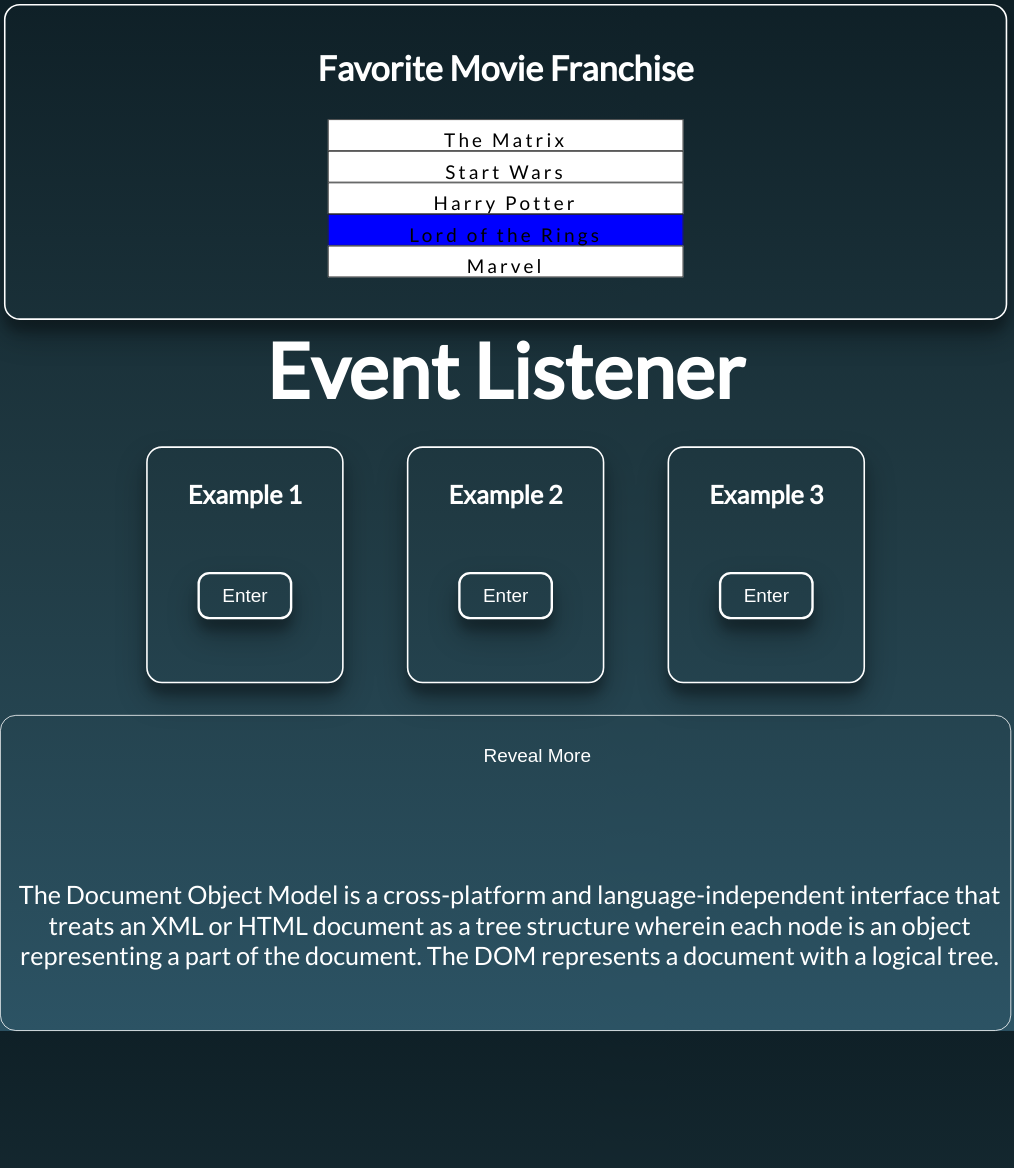
Repository: Ellisvelandia/DOM-Manipulation
Page: index.html
An editor plug-in stored every save of this project. The page is shown before and after the next save, followed by the edit.
The browser window is 1280 px wide. The page is 1284 px wide, so the pictures cover 1284 px, including what lies to the right of the window. The pictures show the whole page, at 79% of full size.
After loading, the first visible `button.reveal-btn` was clicked once.

Above is the page before, as saved 2022-08-22 19:54:44.

### index.html
<!DOCTYPE html>
<html lang="en">
  <head>
    <meta charset="UTF-8" />
    <meta http-equiv="X-UA-Compatible" content="IE=edge" />
    <meta name="viewport" content="width=device-width, initial-scale=1.0" />
    <link rel="stylesheet" href="style.css" />
    <title>Master DOM Manipulation</title>
  </head>
  <body>
    <div>
      <div class="container">
        <h1 id="main-heading">Favorite Movie Franchise</h1>
        <ul>
          <li class="list-items">The Matrix</li>
          <li class="list-items">Start Wars</li>
          <li class="list-items">Harry Potter</li>
          <li class="list-items">Lord of the Rings</li>
          <li class="list-items">Marvel</li>
        </ul>
      </div>
      <h2 id="main-heading_event">Event Listener</h2>
      <div class="container_event_listener">
        <div class="boxes box-1">
          <h1 id="heading">Example 1</h1>
          <button onclick="alert('I love Javascript')">Enter</button>
        </div>
        <div class="boxes box-2">
          <h1 id="heading">Example 2</h1>
          <button class="btn-2">Enter</button>
        </div>
        <div class="boxes box-3">
          <h1 id="heading">Example 3</h1>
          <button class="btn-3">Enter</button>
        </div>
      </div>

      <div class="Event">
        <button class="reveal-btn boxes">Reveal More</button>
        <div class="hidden-content boxes_text">
          The Document Object Model is a cross-platform and language-independent
          interface that treats an XML or HTML document as a tree structure
          wherein each node is an object representing a part of the document. The
          DOM represents a document with a logical tree.
        </div>
      </div>

    </div>
    <script src="app.js"></script>
  </body>
</html>

### style.css
@import url("https://fonts.googleapis.com/css2?family=Lato&display=swap");

* {
  list-style: none;
  padding: 0;
  margin: 0;
  box-sizing: border-box;
  max-width: 100%;
}

body {
  background: linear-gradient(#0f2027, #203a43, #2c5364);
  height: 100%;
  font-family: "Lato", sans-serif;
  display: flex;
  justify-content: center;
  align-items: center;
}

.container {
  display: flex;
  align-items: center;
  flex-direction: column;
  justify-content: center;
  background: transparent;
  padding: 5px;
  border-radius: 20px;
  height: 400px;
  border: 2px solid #fff;
  box-shadow: rgba(0, 0, 0, 0.3) 0px 19px 38px,
    rgba(0, 0, 0, 0.22) 0px 15px 12px;
  margin: 5px;
}

#main-heading {
  font-size: 2.7rem;
  font-weight: 900;
  color: #fff;
  padding-bottom: 40px;
}

.list-items {
  text-align: center;
  color: #000;
  font-size: 1.5rem;
  font-weight: 300;
  background-color: #fff;
  padding-top: 10px;
  width: 450px;
  height: 40px;
  border: rgb(39, 39, 39) solid 1px;
  letter-spacing: 4px;
}

ul {
  list-style: none;
}

.container_event_listener {
  display: flex;
  align-items: center;
  justify-content: center;
}

.boxes {
  max-width: 100%;
  margin: 5px;
  border: 1px solid transparent;
  border-radius: 20px;
  height: 300px;
  margin: 40px;
  width: 250px;
  border: 2px solid #fff;
  box-shadow: rgba(0, 0, 0, 0.3) 0px 19px 38px,
    rgba(0, 0, 0, 0.22) 0px 15px 12px;
}

#heading {
  position: relative;
  top: 20%;
  left: 50%;
  transform: translate(-50%, -50%);
  color: #fff;
  text-align: center;
}

#main-heading_event {
  text-align: center;
  font-weight: bold;
  font-size: 6rem;
  color: #fff;
}

button {
  position: relative;
  top: 50%;
  left: 50%;
  transform: translate(-50%, -50%);
  box-shadow: rgba(0, 0, 0, 0.3) 0px 19px 38px,
    rgba(0, 0, 0, 0.22) 0px 15px 12px;
  width: 120px;
  height: 60px;
  border: 3px solid #fff;
  border-radius: 15px;
  color: #fff;
  font-size: 1.5rem;
  background-color: transparent;
  cursor: pointer;
}
.Event {
  display: grid;
  place-content: center;
  height: 400px;
  border-radius: 20px;
  border: solid 1px #fff;
  text-align: center;
}

.hidden-content {
  display: none;
  font-size: xx-large;
  padding-bottom: 250px;
}

.hidden-content.reveal-btn {
  display: block;
}

.boxes_text {
  margin: 5px;
  border: 1px solid transparent;
  min-width: 100%;
  color: #fff;
  box-shadow: rgba(0, 0, 0, 0.3) 0px 19px 38px,
    rgba(0, 0, 0, 0.22) 0px 15px 12px;
}

.reveal-btn {
  border: none;
  box-shadow: none;
  text-align: center;

}

### app.js
// // // const title = document.querySelector("#main-heading");

// // // title.style.color = "red";

// // // console.log(title);

// // // const listItems = document.querySelectorAll(".list-items");

// // // for (i = 0; i < listItems.length; i++) {
// // //   listItems[i].style.fontSize = "2rem";
// // // }

// // // console.log(listItems);

// // // Creating Element

// // const ul = document.querySelector("ul");
// // const li = document.querySelector("li");

// // // Adding Elements

// // ul.append(li)

// // // Modifying the text

// // // const firstListItem = document.querySelector('.list-items');

// // // console.log (firstListItem.innerText);
// // // console.log (firstListItem.textContent);
// // // console.log (firstListItem.innerHTML);

// // li.innerText = 'x-men';

// // // Modifying Attributes & classes

// // li.classList.remove('list-items')

// // console.log(li.classList.contains('list-items'));

// // // Remove Elements

// // li.remove();

// // traverse the DOM

// // Parent Node Traversal

// let ul = document.querySelector("ul");

// // console.log(ul.parentNode.parentNode);
// // console.log(ul.parentElement.parentElement);

// const html = document.documentElement;

// console.log(html.parentNode);
// console.log(html.parentElement)

// Child Node Traversal

let ul = document.querySelector("ul");

// console.log(ul.childNodes);
// console.log(ul.firstChild);
// console.log(ul.lastChild);

ul.childNodes[7].style.backgroundColor = "blue";

// console.log (ul.children);
// console.log(ul.firstElementChild);
// console.log(ul.lastElementChild);

// Sibling  Traversal

// let ul = document.querySelector("ul");
// const div = document.querySelector("div");

// console.log(div.childNodes)

// console.log(ul.previousElementSibling);
// console.log(ul.nextElementSibling);

// Event Listener

// element.addEventListener("click", function)

const buttonTwo = document.querySelector(".btn-2");

function alertBtn() {
  alert("I also love javascript");
}

buttonTwo.addEventListener("click", alertBtn);

// Mouseover

const newBackgroundColor = document.querySelector(".box-3");

function changeBgColor() {
  newBackgroundColor.style.backgroundColor = "blue";
}

newBackgroundColor.addEventListener("mouseover", changeBgColor);

//Real Event

const revealBtn = document.querySelector(".reveal-btn");

const hiddenContent = document.querySelector(".hidden-content");

function revealContent() {
  if (hiddenContent.classList.contains("reveal-btn")) {
    hiddenContent.classList.remove("reveal-btn");
  } else {
    hiddenContent.classList.add("reveal-btn");
  }
}

revealBtn.addEventListener("click", revealContent);

After the next save:
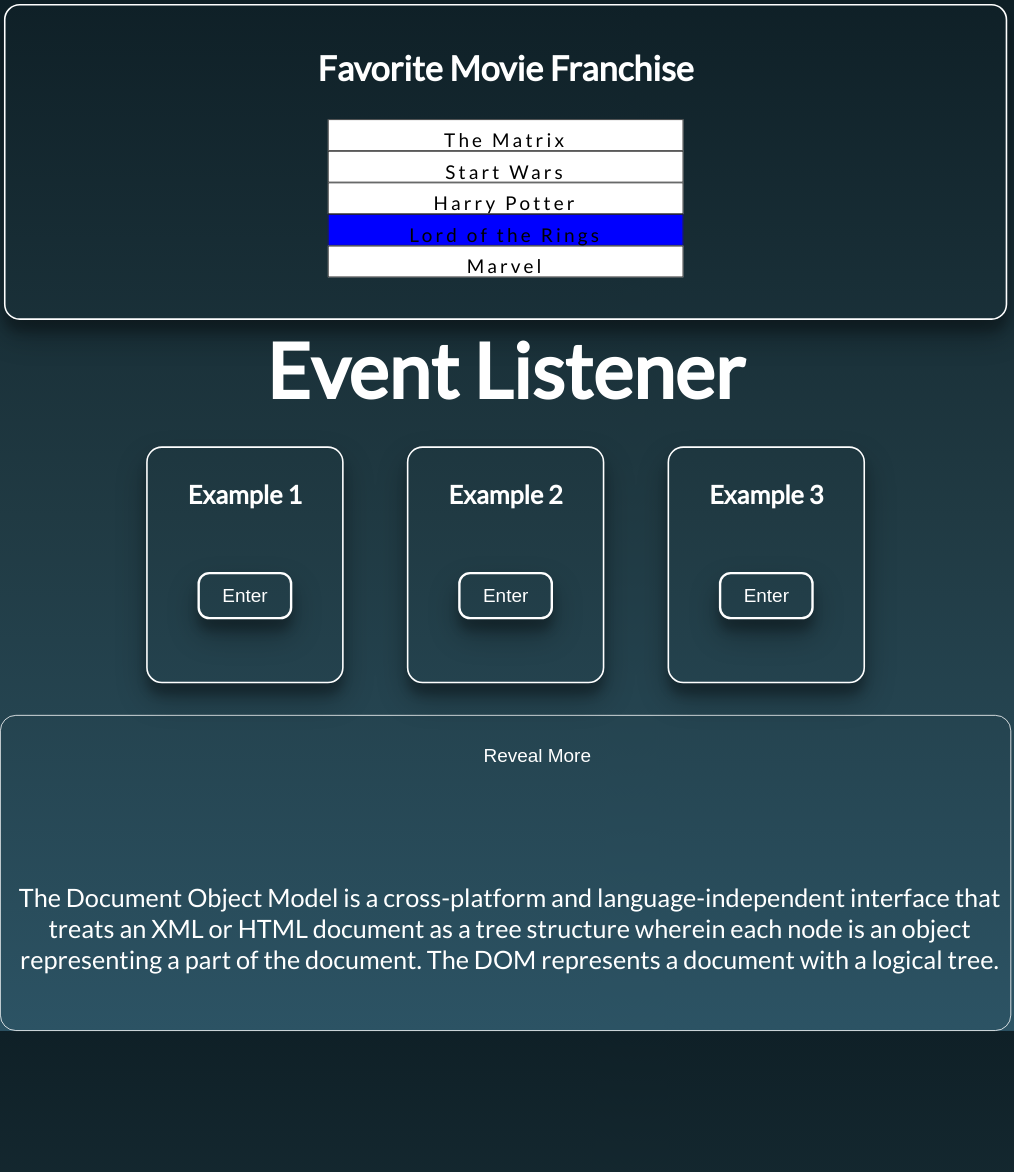
Saved 9 s later.
--- a/style.css
+++ b/style.css
@@ -139,5 +139,8 @@
   border: none;
   box-shadow: none;
   text-align: center;
-
+  position: relative;
+  top: 50%;
+  left: 50%;
+  transform: translate(-50%, -50%);
 }
